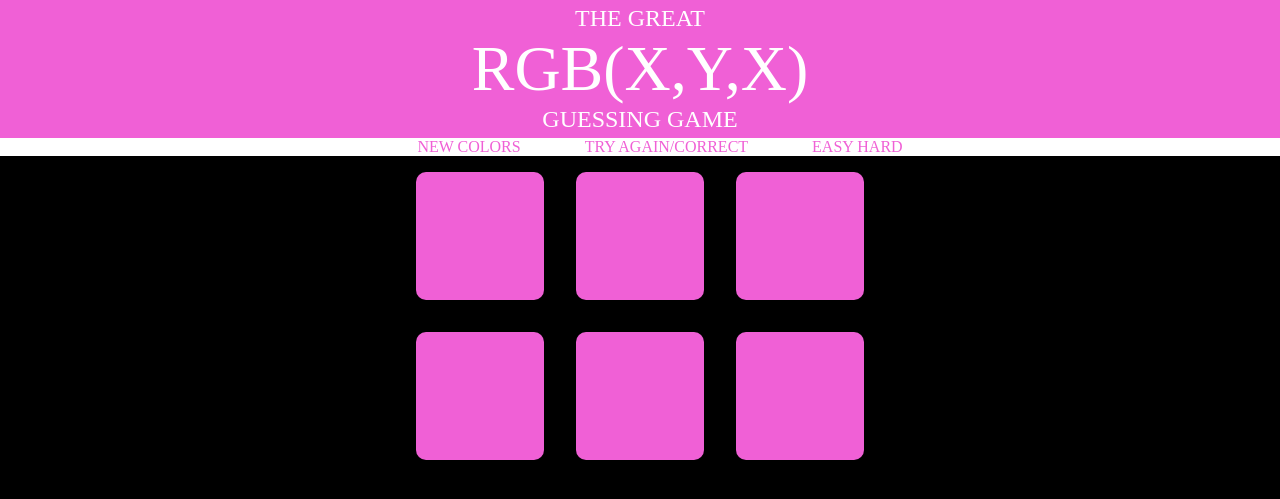
Repository: EEOOOO/javascript-projects
Page: rgbColorGameApp/index.html
An editor plug-in stored every save of this project. The page is shown before and after the next save, followed by the edit.
The browser window is 1280 px wide. The pictures show the whole page.
After loading, the first visible `div.playNewGameButton` was clicked once.

Above is the page before, as saved 2022-07-19 15:50:39.
Console error: TypeError: answer.slice(...).toUpperCase is not a function

After the next save:
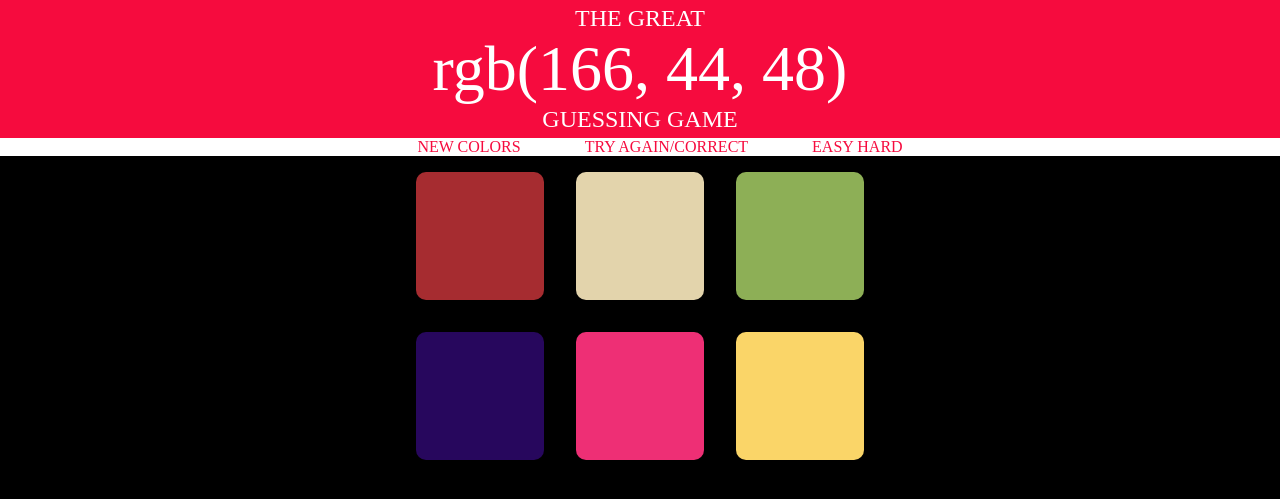
The error is gone.
Saved 29 s later.
--- a/rgbColorGameApp/rgbColorGame.js
+++ b/rgbColorGameApp/rgbColorGame.js
@@ -24,7 +24,7 @@ function initGame(){
 
     // 그 중 첫 번째가 정답 색 , rgbQuestion 글자 넣어주기
     let answer = randomColors[0];
-    rgbQuestion.textContent = answer.slice(0,2).toUpperCase() + answer.slice(2,);
+    rgbQuestion.textContent = answer.slice(0,2) + answer.slice(2,);
     setBoxes(randomColors, answer);
     // 그 중 마지막 색으로 헤더 색 변경
     let initHeaderColor = randomColors[randomColors.length-1];
